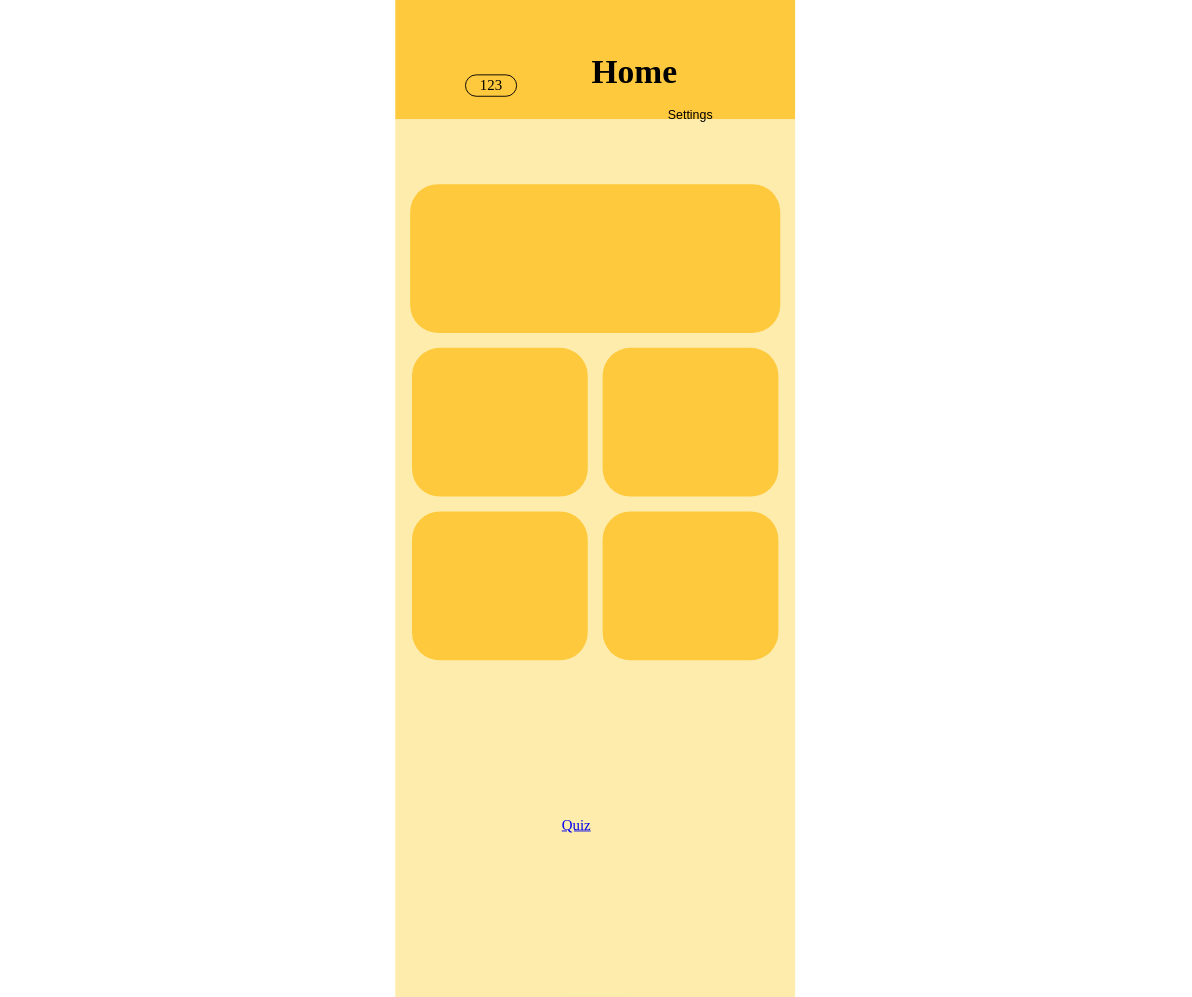
Repository: kellyzyhuang/HiveFive
Page: /
The author's editor kept a copy of each file at every save. The page is drawn from the files as they stood at one save, then again after a run of saves.
The browser window is 1280 px wide. The page is 1282 px wide, so the pictures cover 1282 px, including what lies to the right of the window. The pictures show the whole page, at 93% of full size.
Some web fonts or font styles are not loaded; a fallback is used. The project was rebuilt for these pictures with package versions that can differ from the ones it lists, and the page was loaded fresh each time. The framework's server and built-in components were replaced by stand-ins that run in the browser. Also part of the build but not shown: next.config.js.

Above is the page before, as saved 2024-04-07 18:44:43.

### pages/index.js
import Head from 'next/head'
import Image from 'next/image'
import styles from '@/styles/Home.module.css'
import Header from '@/components/Header';
import NavBar from '@/components/NavBar';
export default function Home() {
  return (
    <>
      <Head>
        <title>Hive Five</title>
        <meta name="description" content="Save the bees one question at a time" />
        <meta name="viewport" content="width=device-width, initial-scale=1" />
        <link rel="icon" href="/favicon.ico" />
        <link rel="preconnect" href="https://fonts.googleapis.com"/>
        <link rel="preconnect" href="https://fonts.gstatic.com" crossorigin/>
        <link href="https://fonts.googleapis.com/css2?family=Besley:ital,wght@0,400..900;1,400..900&family=Lexend:wght@100..900&display=swap" rel="stylesheet"></link>
      </Head>
      <main className={styles.main}>
        <div className={styles.screen}>
          <Header title="Home"/>
          <div className={styles.buffer}></div>
            <img/>
            <div className={styles.activityGraph}></div>
            <div className={styles.gallery}>
              <div className={styles.item}></div>
              <div className={styles.item}></div>
              <div className={styles.item}></div>
              <div className={styles.item}></div>
            </div>
            <NavBar className={styles.nav}/>
        </div>
      </main>
    </>
  )
}

### styles/globals.css
:root {
  --secondary-color: #FEECAC;
  --accent-color: #FFC93D;
  --tertiary-color: #4D6A58;
  --black-text: #0000;
  --incorrect: #851313;
  --correct: #1E3E19;
  --shadow: #D5D1A7;
}

### styles/Home.module.css
.main {
  display: flex;
  justify-content: center;
  background-color: var(--black-text);
  min-height: 100vh;
  margin: -10px;
}

.screen {
  width: 430px;
  height: 100%;
  background-color: var(--secondary-color);
  display: flex;
  justify-content: center;
  flex-wrap: wrap;
}

.buffer{
  height: 10rem;
  width: 100%;
}

.screen img {
  background-color: var(--accent-color);
  width: 100%;
  border-radius: 30px;
  margin: 1rem;
}

.activityGraph {
  width: 100%;
  border-radius: 30px;
  height: 10rem;
  background-color: var(--accent-color);
  margin: 0.5rem 1rem;
}

.gallery {
  display: flex;
  flex-wrap: wrap;
  justify-content: center;
  width: 100%;
  margin-bottom: 10rem;
}

.item {
  width: 44%;
  height: 10rem;
  background-color: var(--accent-color);
  border-radius: 30px;
  margin: 0.5rem;
}

.nav {
  background-color: var(--accent-color);
  height: 9rem;
  width: 430px;
  position: fixed;
  bottom: 0;
  z-index: 1000;
}

### components/Header/index.js
import styles from './Header.module.css';
import Image from 'next/image';
import Link from 'next/link';

export default function Header({ title }) {
  return(
    <header className={styles.header}>
      {/* <Image src="/images/bee.png" alt="bee icon" width={1} height={1}/>  */}
      <ul className={styles.list}>
        <li className={styles.listItem}>
          <div className={styles.counter}>123</div>
        </li>
        <li className={styles.listItem}>
          <h1 className={styles.pageTitle}>{title}</h1>
        </li>
        <li className={styles.listItem}>
          <button className={styles.settings}><Link href="/Settings"><Image className={styles.settingsImg}/>Settings</Link></button>
        </li>
      </ul>
    </header>
  )
}

### components/NavBar/index.js
import styles from "./NavBar.module.css";
import Images from "next/Images";

export default function NavBar(){
    return(
        <nav className={styles.navBar}>
            <a href={"/"}>Quiz</a> {/* will change to icon*/}
            <div className={styles.navMenu}>{/* will add */}
            <ul className={styles.navList}>
                <li className={styles.activity}>
                    <a href={"/"}>
                        <img/>
                        <span className={styles.label}></span>
                    </a>
                </li>
                <li className={styles.learnMore}>
                    <a href={"/"}>
                        <img/>
                        <span className={styles.label}></span>
                    </a>
                </li>
                <li className={styles.settings}>
                    <a href="/">
                        <img/>
                        <span className={styles.label}></span>
                    </a>
                </li>
                <li className={styles.home}>
                    <a href={"/"}>
                        <img/>
                        <span className={styles.label}></span>
                    </a>
                </li>
            </ul>
            </div>
        </nav>
    )
}

### components/Header/Header.module.css
.header {
  background-color: var(--accent-color);
  height: 8rem;
  width: 430px;
  position: fixed;
  top: 0;
  z-index: 1000;
  display: flex;
  justify-content: center;
}

.list {
  list-style-type: none;
  display: flex;
}

.pageTitle {
  font-size: 2.25rem;
  padding-top: 1rem;
  align-items: center;
  text-align: center;
  width: 100%;
  font-family: 'Besley', serif;
}

.counter {
  border: 1px solid black;
  width: 3rem;
  height: 1rem;
  padding: 0.2rem;
  border-radius: 20px;
  background-color: none;
  display: flex;
  justify-content: center;
  align-items: center;
  margin-top: 4rem;
  margin-right: 5rem;
}

.settings {
  transform: translate(-2rem);
  margin-top: 4rem;
  background-color: inherit;
  border: none;
}

.settings a{
  color: black;
  text-decoration: none;
}

### components/NavBar/NavBar.module.css
.navBar{
    background-color: var(--secondary-color);
    color: var(--black-text);
}

Loaded but not shown: pages/_app.js (common file); pages/_document.js (common file)

After the next 2 saves:
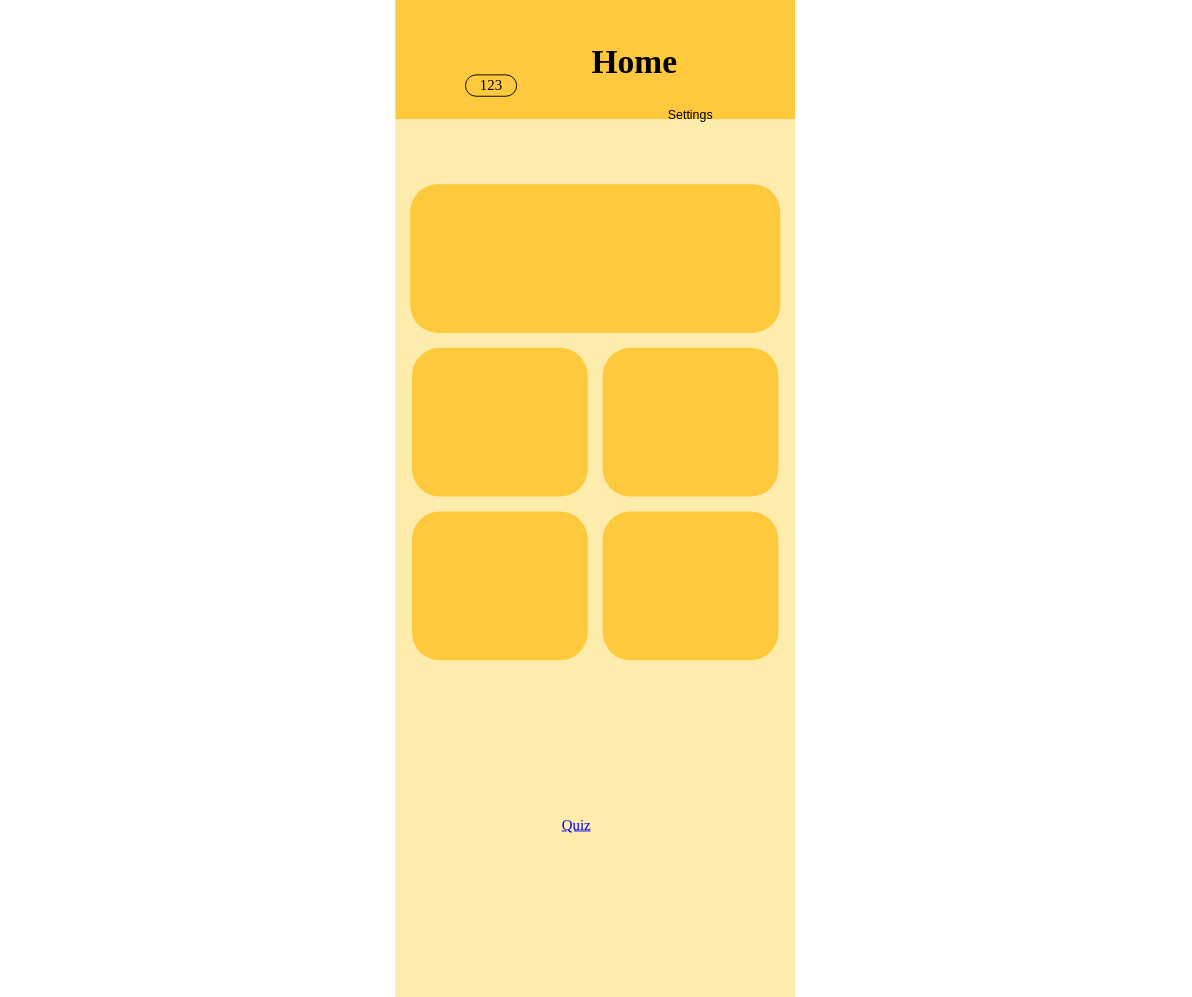
The 2 saves are shown as one change because they came seconds apart.
The last was saved 3 min 2 s later.
--- a/components/Header/Header.module.css
+++ b/components/Header/Header.module.css
@@ -16,7 +16,7 @@
 
 .pageTitle {
   font-size: 2.25rem;
-  padding-top: 1rem;
+  padding-top: 0.3rem;
   align-items: center;
   text-align: center;
   width: 100%;
